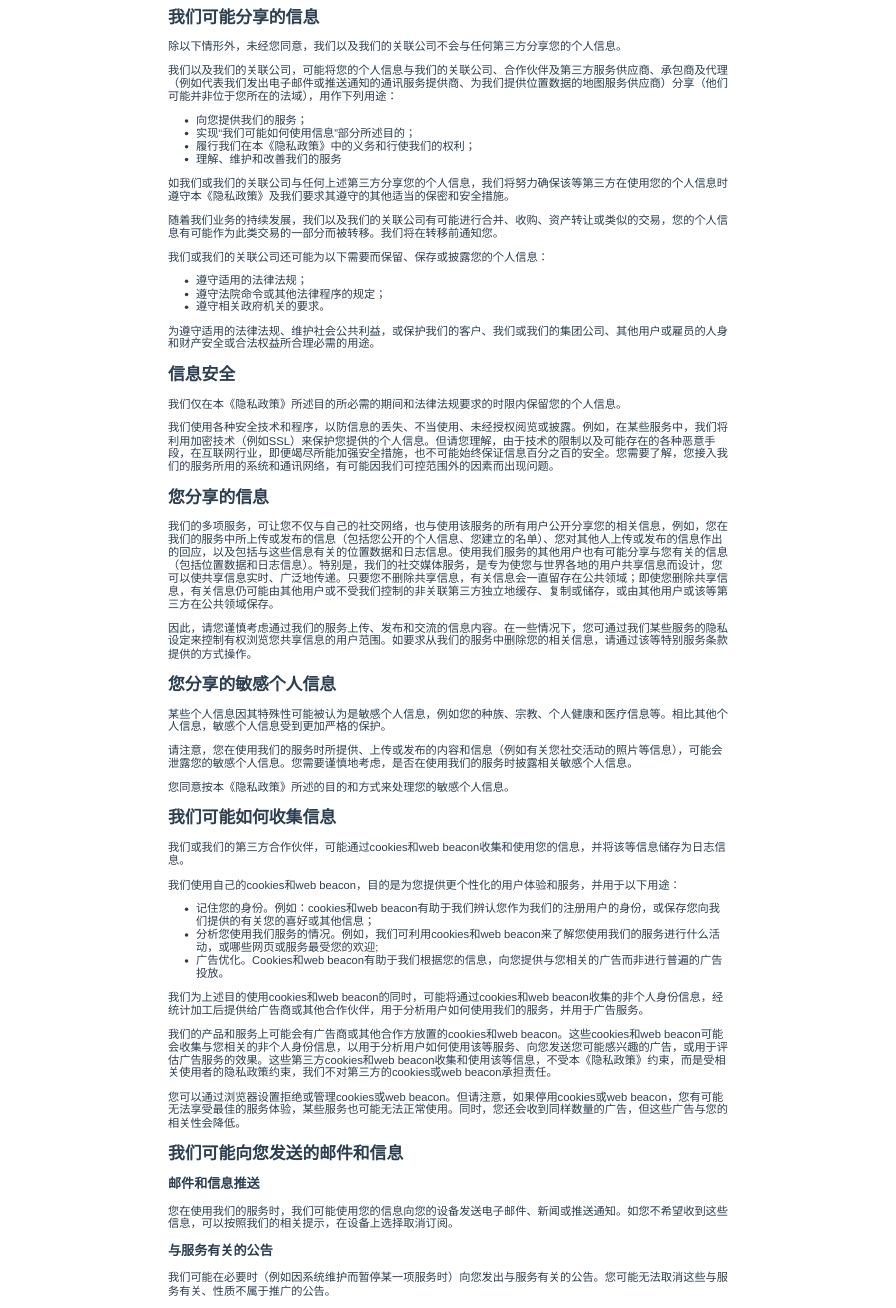
Repository: zl-mdc/privacy-policy
Page: /
These files come from the project's save history. The page is drawn as it stood at one moment and after the next save; the edit follows.
The browser window is 1280 px wide. The pictures show the part of the page from y = 1426 to 3346 px (the page is 3295 px tall before and 3346 px after), at 70% of full size.
The project was rebuilt for these pictures with package versions that can differ from the ones it lists, and the page was loaded fresh each time.

Above is the page before, as saved 2020-09-17 16:14:29.

### src/main.js
import Vue from 'vue'
import App from './App.vue'
import 'normalize.css'

Vue.config.productionTip = false

new Vue({
  render: h => h(App),
}).$mount('#app')

### src/App.vue
<template>
  <div id="app">
    <Info />
  </div>
</template>

<script>
import Info from './components/Info';

export default {
  name: 'App',
  components: {
    Info
  }
}
</script>

<style>
#app {
  font-family: Avenir, Helvetica, Arial, sans-serif;
  -webkit-font-smoothing: antialiased;
  -moz-osx-font-smoothing: grayscale;
  text-align: center;
  color: #2c3e50;
  margin-top: 60px;
}
</style>

### src/components/Info.vue
<!--
 * @Author: Code_Master
 * @Date: 2020-09-17 15:00:51
 * @LastEditTime: 2020-09-17 16:14:29
 * @LastEditors: Code_Master
 * @FilePath: /privacy-policy/src/components/Info.vue
 * @Description: The first 90% of the code accounts for the first 90% of the development time. The remaining 10% of the code accounts for the other 90% of the development time.
-->
<template>
    <div id="info">
          <h1>红岩网校工作站隐私政策</h1>

          <h2>引言</h2>
          <p><span></span>其明重视用户的隐私，隐私权是您重要的权利。您在使用我们的服务时，我们可能会收集和使用您的相关信息。我们希望通过本《隐私政策》向您说明，在使用我们的服务时，我们如何收集、使用、储存和分享这些信息，以及我们为您提供的访问、更新、控制和保护这些信息的方式。本《隐私政策》与您所使用的其明服务息息相关，希望您仔细阅读，在需要时，按照本《隐私政策》的指引，作出您认为适当的选择。本《隐私政策》中涉及的相关技术词汇，我们尽量以简明扼要的表述，并提供进一步说明的链接，以便您的理解。 您使用或继续使用我们的服务，即意味着同意我们按照本《隐私政策》收集、使用、储存和分享您的相关信息。 如对本《隐私政策》或相关事宜有任何问题，请与我们联系。 </p>

          <h2>我们可能收集的信息</h2>
          <p>我们提供服务时，可能会收集、储存和使用下列与您有关的信息。如果您不提供相关信息，可能无法注册成为我们的用户或无法享受我们提供的某些服务，或者无法达到相关服务拟达到的效果。</p>
          <h3>您提供的信息</h3>
          <p>您在注册账户或使用我们的服务时，向我们提供的相关个人信息，例如电话号码、电子邮件或银行卡号等；</p>
          <p>您通过我们的服务向其他方提供的共享信息，以及您使用我们的服务时所储存的信息。</p>
          <h3>其他方分享的您的信息</h3>
          <p>其他方使用我们的服务时所提供有关您的共享信息。</p>
          <h3>我们获取的您的信息</h3>
          <p>您使用服务时我们可能收集如下信息：</p>
          <p>日志信息，指您使用我们的服务时，系统可能通过cookies、web beacon或其他方式自动采集的技术信息，包括：设备或软件信息，例如您的移动设备、网页浏览器或用于接入我们服务的其他程序所提供的配置信息、您的IP地址和移动设备所用的版本和设备识别码；</p>
          <p>在使用我们服务时搜索或浏览的信息，例如您使用的网页搜索词语、访问的社交媒体页url地址，以及您在使用我们服务时浏览或要求提供的其他信息和内容详情；有关您曾使用的移动应用（APP）和其他软件的信息，以及您曾经使用该等移动应用和软件的信息；</p>
          <p>您通过我们的服务进行通讯的信息，例如曾通讯的账号，以及通讯时间、数据和时长；</p>
          <p>位置信息，指您开启设备定位功能并使用我们基于位置提供的相关服务时，收集的有关您位置的信息，包括：</p>
          <ul>
              <li>您通过具有定位功能的移动设备使用我们的服务时，通过GPS或WiFi等方式收集的您的地理位置信息；</li>
              <li>您或其他用户提供的包含您所处地理位置的实时信息，例如您提供的账户信息中包含的您所在地区信息，您或其他人上传的显示您当前或曾经所处地理位置的共享信息，您或其他人共享的照片包含的地理标记信息；</li>
          </ul>
          <p>您可以通过关闭定位功能，停止对您的地理位置信息的收集。</p>

          <h2>我们可能如何使用信息</h2>
          <p>我们可能将在向您提供服务的过程之中所收集的信息用作下列用途：</p>
          <ul>
              <li>向您提供服务； </li>
              <li>在我们提供服务时，用于身份验证、客户服务、安全防范、诈骗监测、存档和备份用途，确保我们向您提供的产品和服务的安全性； </li>
              <li>帮助我们设计新服务，改善我们现有服务；使我们更加了解您如何接入和使用我们的服务，从而针对性地回应您的个性化需求，例如语言设定、 位置设定、个性化的帮助服务和指示，或对您和其他用户作出其他方面的回应；</li>
              <li>向您提供与您更加相关的广告以替代普遍投放的广告；评估我们服务中的广告和其他促销及推广活动的效果，并加以改善；软件认证或管理软件升级；让您参与有关我们产品和服务的调查。</li>
          </ul>
          <p>为了让您有更好的体验、改善我们的服务或您同意的其他用途，在符合相关法律法规的前提下，我们可能将通过某一项服务所收集的信息，以汇集信息或者个性化的方式，用于我们的其他服务。例如，在您使用我们的一项服务时所收集的信息，可能在另一服务中用于向您提供特定内容，或向您展示与您相关的、非普遍推送的信息。如果我们在相关服务中提供了相应选项，您也可以授权我们将该服务所提供和储存的信息用于我们的其他服务。</p>
          <h3>您如何访问和控制自己的个人信息</h3>
          <p>我们将尽一切可能采取适当的技术手段，保证您可以访问、更新和更正自己的注册信息或使用我们的服务时提供的其他个人信息。在访问、更新、更正和删除前述信息时，我们可能会要求您进行身份验证，以保障账户安全。</p>

          <h2>我们可能分享的信息</h2>
          <p>除以下情形外，未经您同意，我们以及我们的关联公司不会与任何第三方分享您的个人信息。</p>
          <p>我们以及我们的关联公司，可能将您的个人信息与我们的关联公司、合作伙伴及第三方服务供应商、承包商及代理（例如代表我们发出电子邮件或推送通知的通讯服务提供商、为我们提供位置数据的地图服务供应商）分享（他们可能并非位于您所在的法域），用作下列用途：</p>
          <ul>
              <li>向您提供我们的服务；</li>
              <li>实现“我们可能如何使用信息”部分所述目的；</li>
              <li>履行我们在本《隐私政策》中的义务和行使我们的权利； </li>
              <li>理解、维护和改善我们的服务</li>
          </ul>
          <p>如我们或我们的关联公司与任何上述第三方分享您的个人信息，我们将努力确保该等第三方在使用您的个人信息时遵守本《隐私政策》及我们要求其遵守的其他适当的保密和安全措施。</p>
          <p>随着我们业务的持续发展，我们以及我们的关联公司有可能进行合并、收购、资产转让或类似的交易，您的个人信息有可能作为此类交易的一部分而被转移。我们将在转移前通知您。</p>
          <p>我们或我们的关联公司还可能为以下需要而保留、保存或披露您的个人信息：</p>
          <ul>
              <li>遵守适用的法律法规；</li>
              <li>遵守法院命令或其他法律程序的规定； </li>
              <li>遵守相关政府机关的要求。 </li>
          </ul>
          <p>为遵守适用的法律法规、维护社会公共利益，或保护我们的客户、我们或我们的集团公司、其他用户或雇员的人身和财产安全或合法权益所合理必需的用途。</p>

          <h2>信息安全</h2>
          <p>我们仅在本《隐私政策》所述目的所必需的期间和法律法规要求的时限内保留您的个人信息。</p>
          <p>我们使用各种安全技术和程序，以防信息的丢失、不当使用、未经授权阅览或披露。例如，在某些服务中，我们将利用加密技术（例如SSL）来保护您提供的个人信息。但请您理解，由于技术的限制以及可能存在的各种恶意手段，在互联网行业，即便竭尽所能加强安全措施，也不可能始终保证信息百分之百的安全。您需要了解，您接入我们的服务所用的系统和通讯网络，有可能因我们可控范围外的因素而出现问题。</p>

          <h2>您分享的信息</h2>
          <p>我们的多项服务，可让您不仅与自己的社交网络，也与使用该服务的所有用户公开分享您的相关信息，例如，您在我们的服务中所上传或发布的信息（包括您公开的个人信息、您建立的名单）、您对其他人上传或发布的信息作出的回应，以及包括与这些信息有关的位置数据和日志信息。使用我们服务的其他用户也有可能分享与您有关的信息（包括位置数据和日志信息）。特别是，我们的社交媒体服务，是专为使您与世界各地的用户共享信息而设计，您可以使共享信息实时、广泛地传递。只要您不删除共享信息，有关信息会一直留存在公共领域；即使您删除共享信息，有关信息仍可能由其他用户或不受我们控制的非关联第三方独立地缓存、复制或储存，或由其他用户或该等第三方在公共领域保存。</p>
          <p>因此，请您谨慎考虑通过我们的服务上传、发布和交流的信息内容。在一些情况下，您可通过我们某些服务的隐私设定来控制有权浏览您共享信息的用户范围。如要求从我们的服务中删除您的相关信息，请通过该等特别服务条款提供的方式操作。</p>

          <h2>您分享的敏感个人信息  </h2>
          <p>某些个人信息因其特殊性可能被认为是敏感个人信息，例如您的种族、宗教、个人健康和医疗信息等。相比其他个人信息，敏感个人信息受到更加严格的保护。</p>
          <p>请注意，您在使用我们的服务时所提供、上传或发布的内容和信息（例如有关您社交活动的照片等信息），可能会泄露您的敏感个人信息。您需要谨慎地考虑，是否在使用我们的服务时披露相关敏感个人信息。</p>
          <p>您同意按本《隐私政策》所述的目的和方式来处理您的敏感个人信息。</p>

          <h2>我们可能如何收集信息</h2>
          <p>我们或我们的第三方合作伙伴，可能通过cookies和web beacon收集和使用您的信息，并将该等信息储存为日志信息。</p>
          <p>我们使用自己的cookies和web beacon，目的是为您提供更个性化的用户体验和服务，并用于以下用途：</p>
          <ul>
              <li>记住您的身份。例如：cookies和web beacon有助于我们辨认您作为我们的注册用户的身份，或保存您向我们提供的有关您的喜好或其他信息；</li>
              <li>分析您使用我们服务的情况。例如，我们可利用cookies和web beacon来了解您使用我们的服务进行什么活动，或哪些网页或服务最受您的欢迎;</li>
              <li>广告优化。Cookies和web beacon有助于我们根据您的信息，向您提供与您相关的广告而非进行普遍的广告投放。</li>
          </ul>
          <p>我们为上述目的使用cookies和web beacon的同时，可能将通过cookies和web beacon收集的非个人身份信息，经统计加工后提供给广告商或其他合作伙伴，用于分析用户如何使用我们的服务，并用于广告服务。</p>
          <p>我们的产品和服务上可能会有广告商或其他合作方放置的cookies和web beacon。这些cookies和web beacon可能会收集与您相关的非个人身份信息，以用于分析用户如何使用该等服务、向您发送您可能感兴趣的广告，或用于评估广告服务的效果。这些第三方cookies和web beacon收集和使用该等信息，不受本《隐私政策》约束，而是受相关使用者的隐私政策约束，我们不对第三方的cookies或web beacon承担责任。</p>
          <p>您可以通过浏览器设置拒绝或管理cookies或web beacon。但请注意，如果停用cookies或web beacon，您有可能无法享受最佳的服务体验，某些服务也可能无法正常使用。同时，您还会收到同样数量的广告，但这些广告与您的相关性会降低。</p>

          <h2>我们可能向您发送的邮件和信息 </h2>
          <h3>邮件和信息推送</h3>
          <p>您在使用我们的服务时，我们可能使用您的信息向您的设备发送电子邮件、新闻或推送通知。如您不希望收到这些信息，可以按照我们的相关提示，在设备上选择取消订阅。</p>
          <h3>与服务有关的公告</h3>
          <p>我们可能在必要时（例如因系统维护而暂停某一项服务时）向您发出与服务有关的公告。您可能无法取消这些与服务有关、性质不属于推广的公告。</p>

    </div>
</template>

<script>
export default {
    name: "Info",
}
</script>

<style>
    #info {
        width: 800px;
        margin: 0 auto;
        text-align: left;
    }
    h1 {
        text-align: center;
    }
</style>

Loaded but not shown: public/index.html (common file)

After the next save:
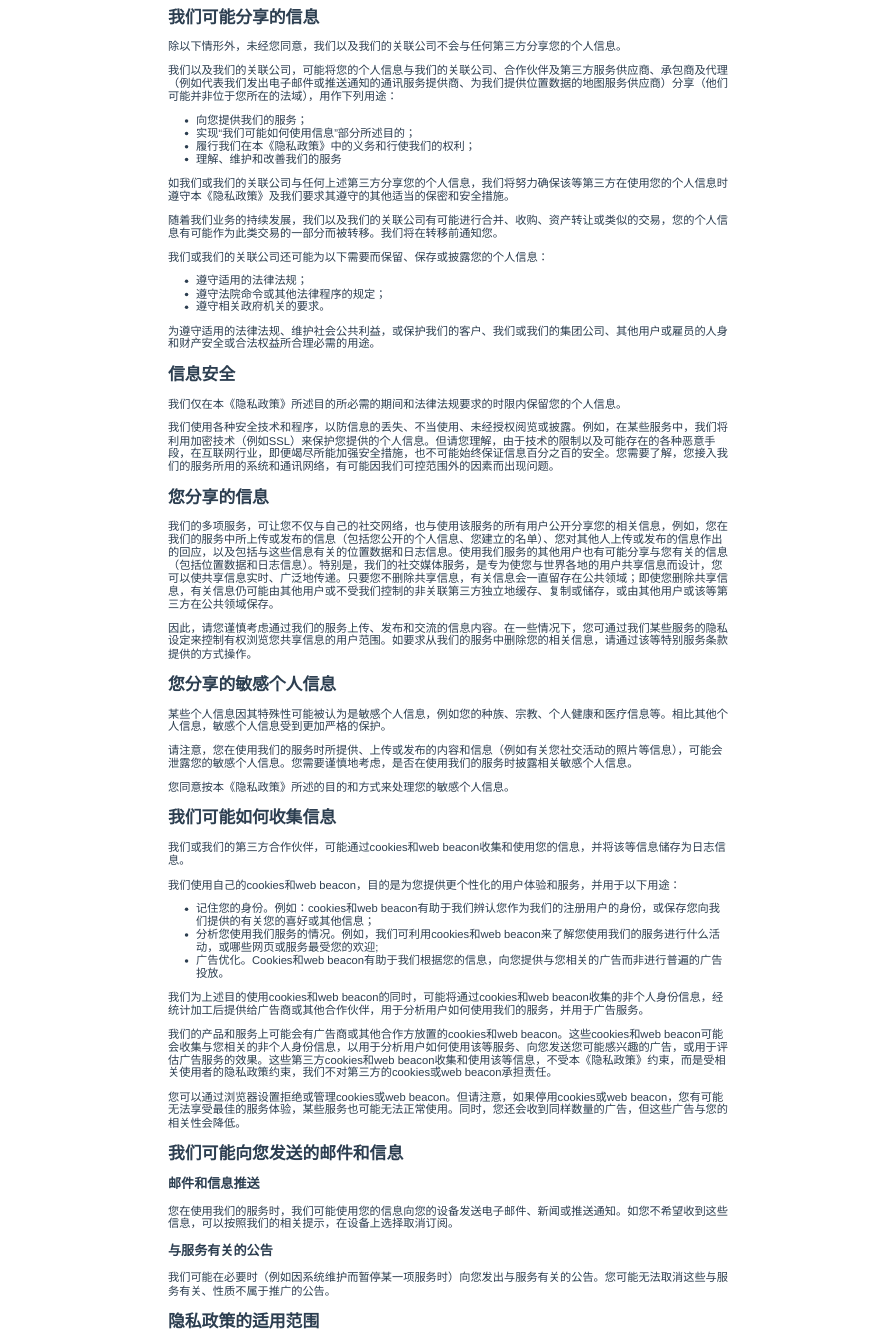
Saved 19 s later.
--- a/src/components/Info.vue
+++ b/src/components/Info.vue
@@ -1,7 +1,7 @@
 <!--
  * @Author: Code_Master
  * @Date: 2020-09-17 15:00:51
- * @LastEditTime: 2020-09-17 16:14:29
+ * @LastEditTime: 2020-09-17 16:14:48
  * @LastEditors: Code_Master
  * @FilePath: /privacy-policy/src/components/Info.vue
  * @Description: The first 90% of the code accounts for the first 90% of the development time. The remaining 10% of the code accounts for the other 90% of the development time.
@@ -94,6 +94,7 @@
           <h3>与服务有关的公告</h3>
           <p>我们可能在必要时（例如因系统维护而暂停某一项服务时）向您发出与服务有关的公告。您可能无法取消这些与服务有关、性质不属于推广的公告。</p>
 
+          <h2>隐私政策的适用范围</h2>
     </div>
 </template>
 
